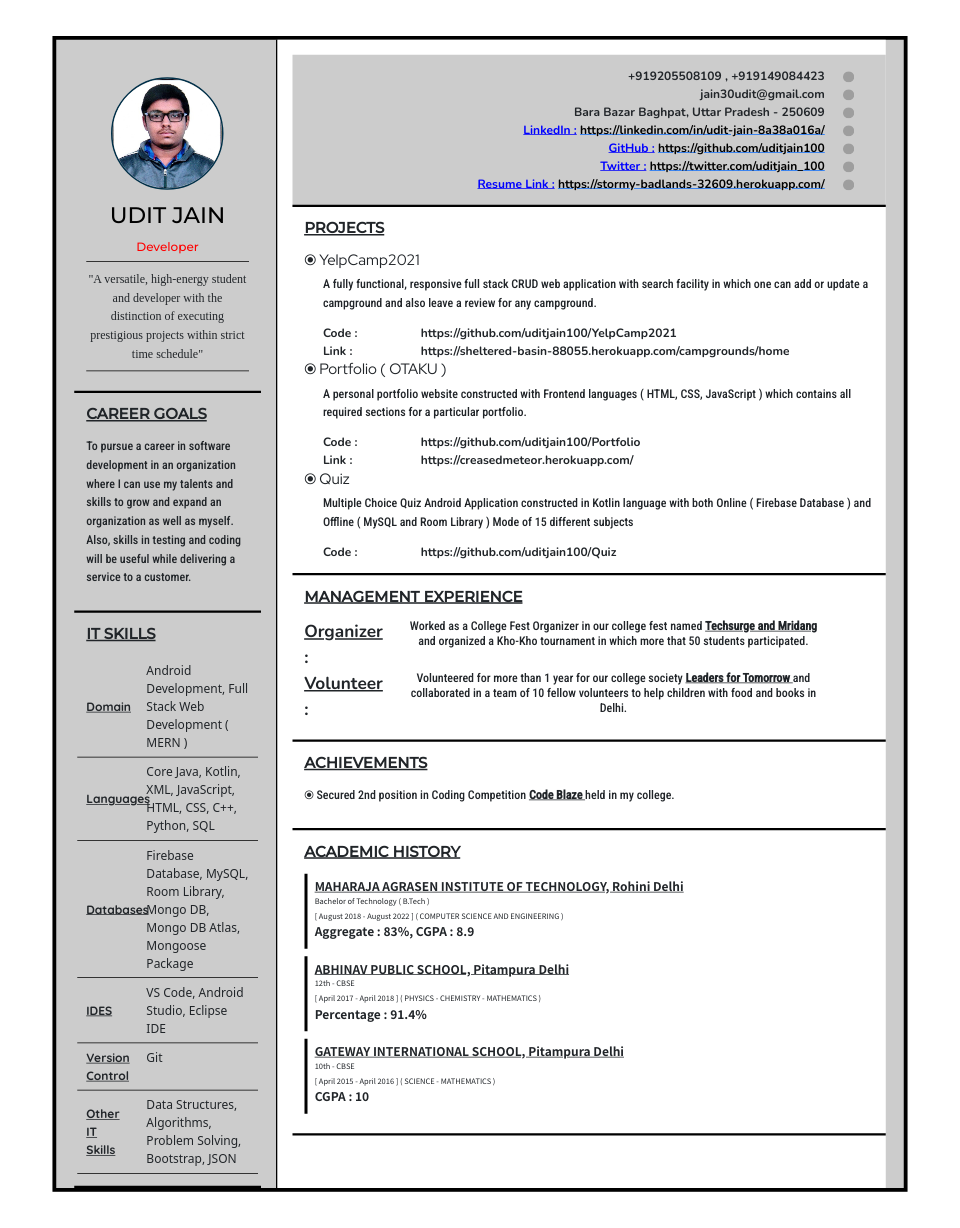
Repository: uditjain100/Resume
Page: app.html
The author's editor kept a copy of each file at every save. The page is drawn from the files as they stood at one save, then again after a run of saves.
The browser window is 1280 px wide. The pictures show the whole page, at 75% of full size.
Pictures or frames that could not be fetched are drawn as grey boxes. Some web fonts or font styles are not loaded; a fallback is used.

Above is the page before, as saved 2021-05-27 20:32:43.

After the next 2 saves:
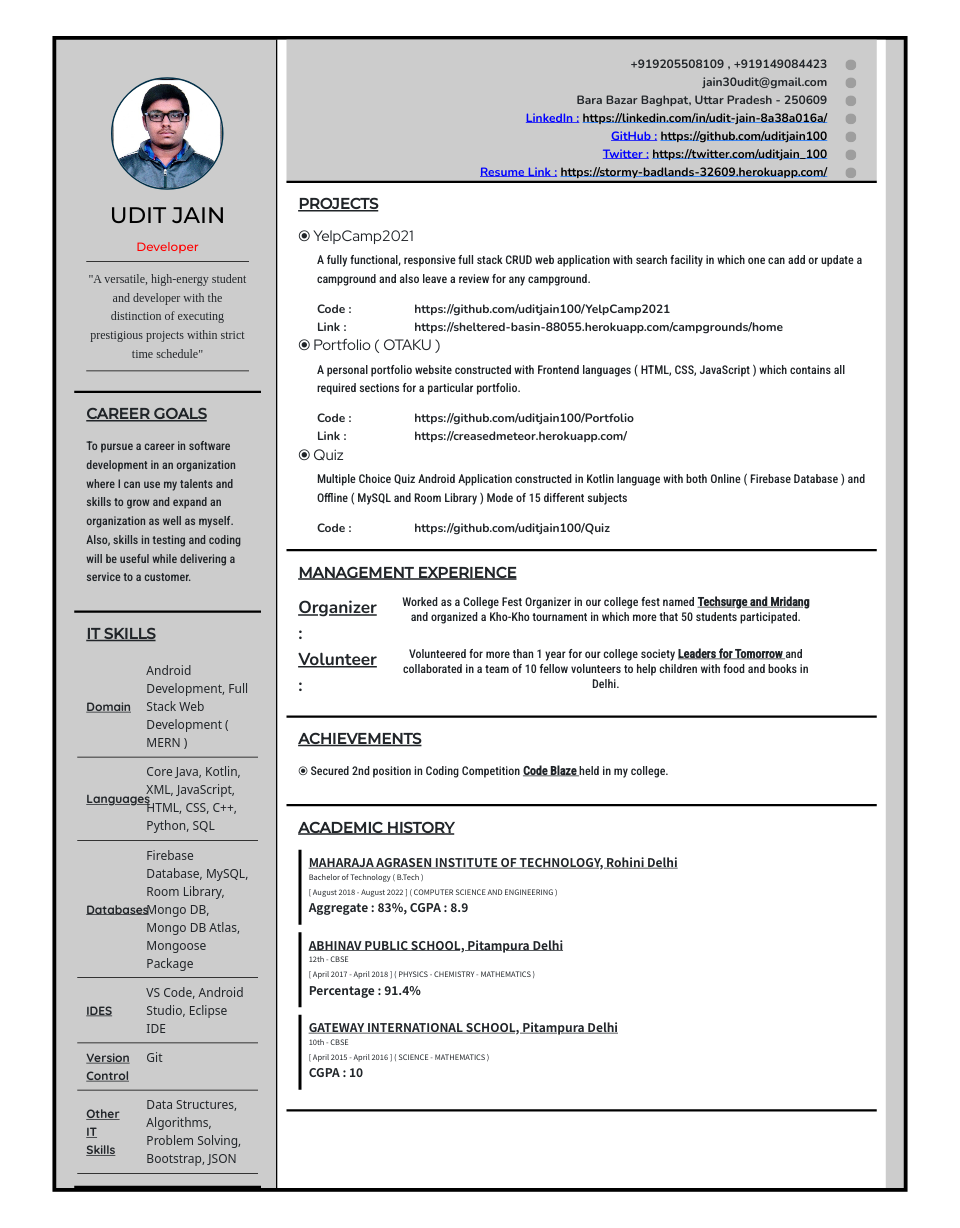
The 2 saves are shown as one change because they came seconds apart.
The last was saved 76 s later.
--- a/app.css
+++ b/app.css
@@ -69,7 +69,6 @@
 }
 
 #rightwindow {
-	padding: 20px 0px 0px 20px;
 	min-width: 250px;
 	background-color: white;
 }
@@ -139,6 +138,7 @@
 }
 
 #contactbox {
+	padding: 20px 0px 0px 20px;
 	background-color: #ccc;
 }
 

After the save that followed:
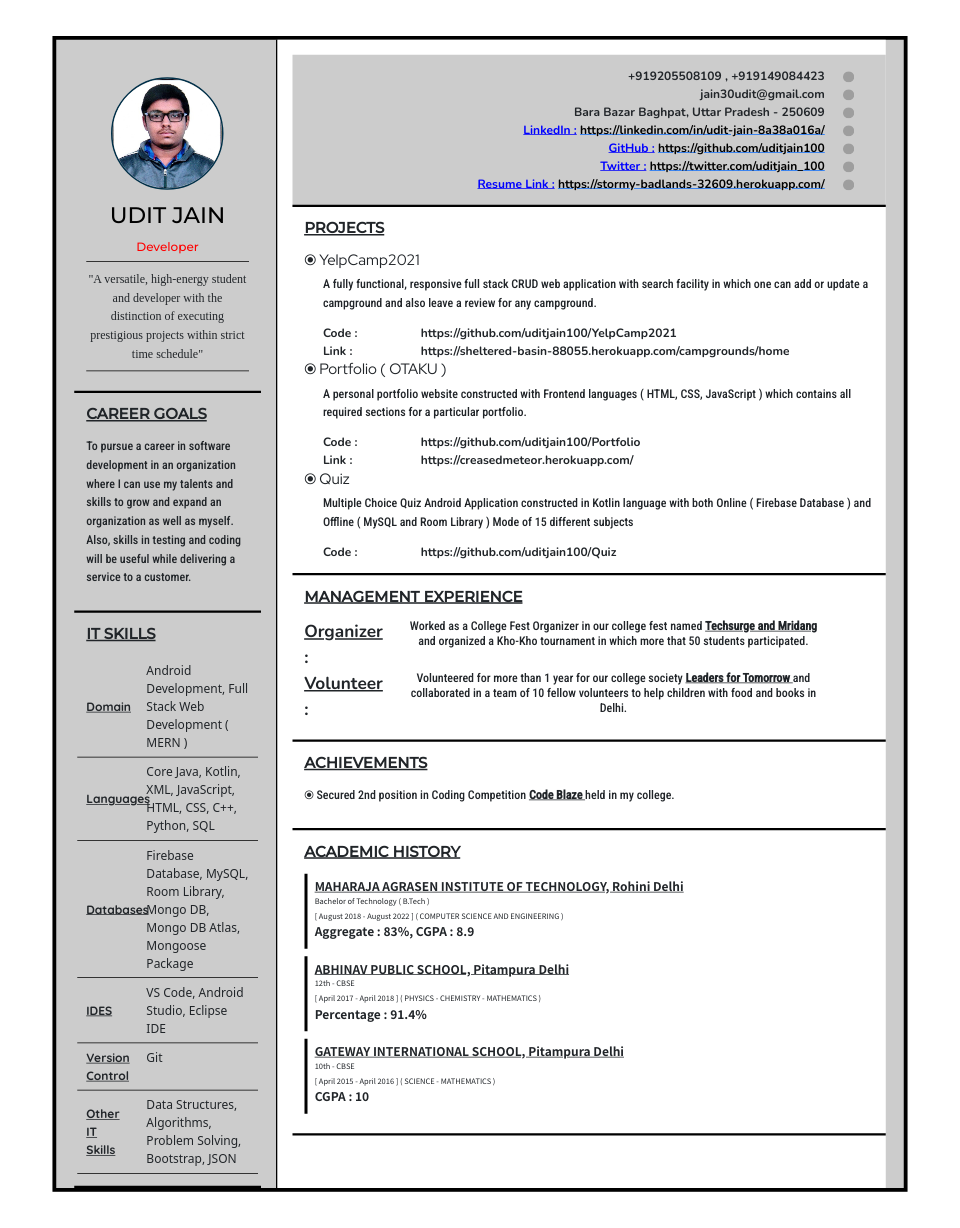
Saved 40 s later.
--- a/app.css
+++ b/app.css
@@ -69,6 +69,7 @@
 }
 
 #rightwindow {
+	padding: 20px 0px 0px 20px;
 	min-width: 250px;
 	background-color: white;
 }
@@ -138,7 +139,6 @@
 }
 
 #contactbox {
-	padding: 20px 0px 0px 20px;
 	background-color: #ccc;
 }
 
